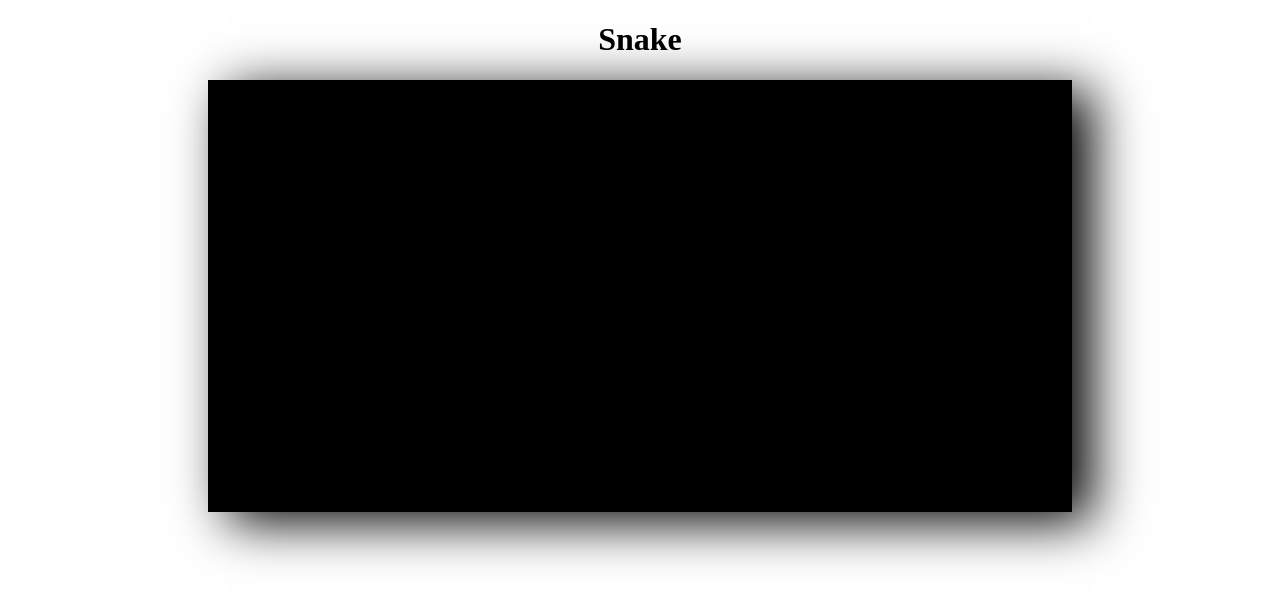
Repository: Ellisvelandia/snake
Page: index.html
The author's editor kept a copy of each file at every save. The page is drawn from the files as they stood at one save, then again after a run of saves.
The browser window is 1280 px wide. The pictures show the whole page.

Above is the page before, as saved 2022-08-26 23:14:58.

After the next 2 saves:
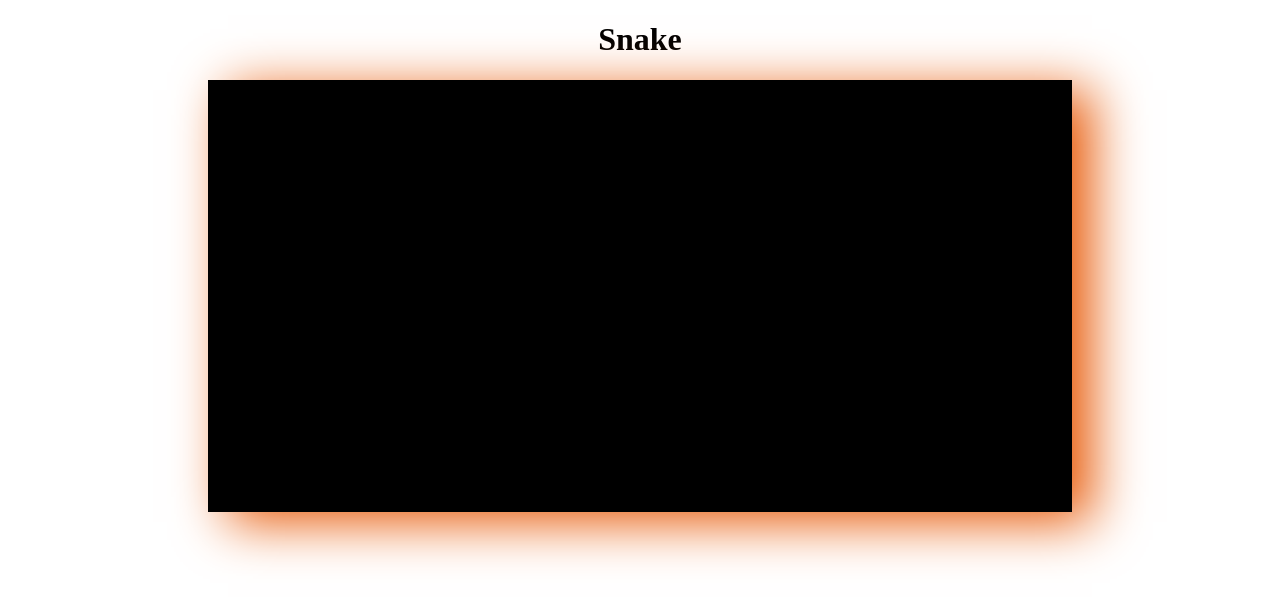
The 2 saves are shown as one change because they came seconds apart.
The last was saved 26 s later.
--- a/style.css
+++ b/style.css
@@ -8,7 +8,7 @@
 }
 
 canvas {
-  box-shadow: #000 20px 10px 50px;
+  box-shadow: rgb(231, 87, 4) 20px 10px 50px;
   max-width:  80vw;
   height: 60vh;
 }

After the save that followed:
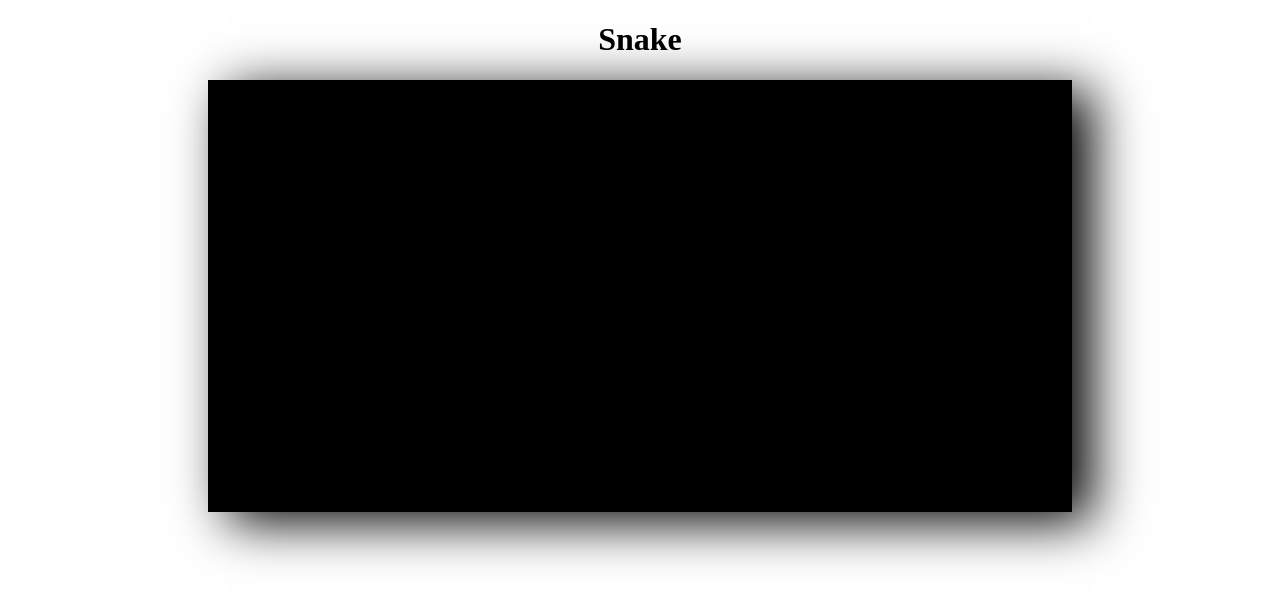
Saved 10 s later.
--- a/style.css
+++ b/style.css
@@ -8,7 +8,7 @@
 }
 
 canvas {
-  box-shadow: rgb(231, 87, 4) 20px 10px 50px;
+  box-shadow: #000 20px 10px 50px;
   max-width:  80vw;
   height: 60vh;
 }
